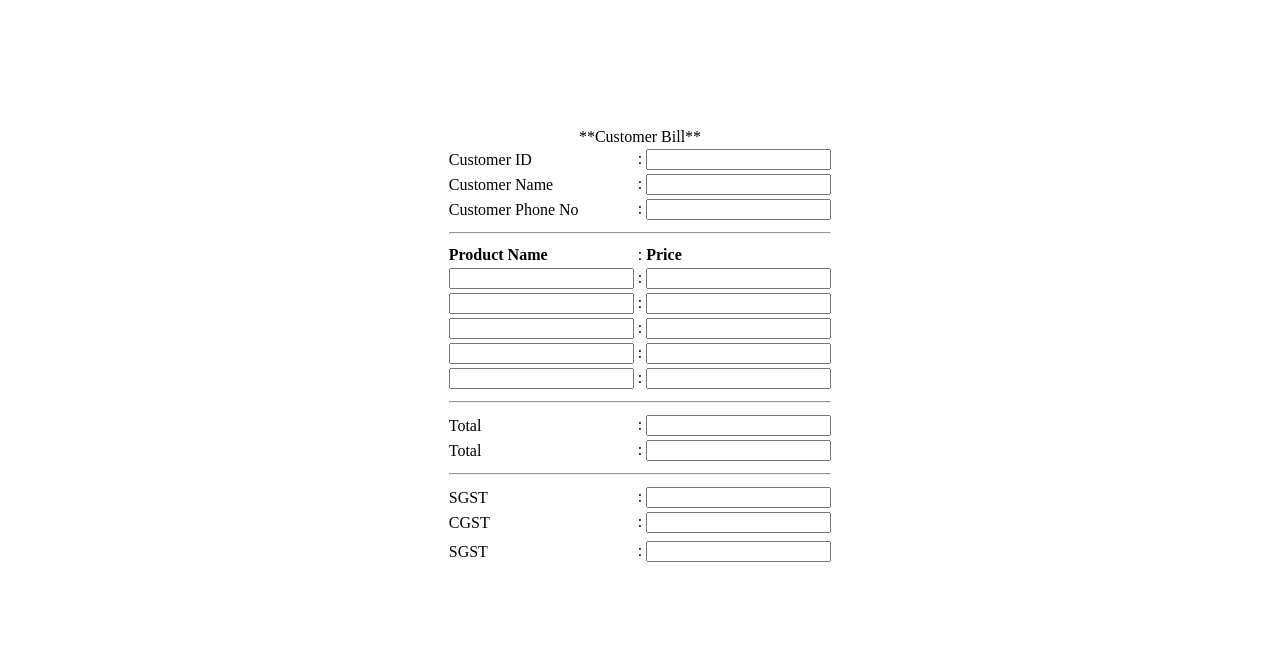
Repository: gajanansp07/Advance_Java_Practice
Page: http://localhost/JspPro/JspTest.jsp
An editor plug-in stored every save of this project. The page is shown before and after the next save, followed by the edit.
The browser window is 1280 px wide. The pictures show the whole page.
The page is served by Tomcat 9.

Above is the page before, as saved 2022-03-13 14:38:13.

After the next save:
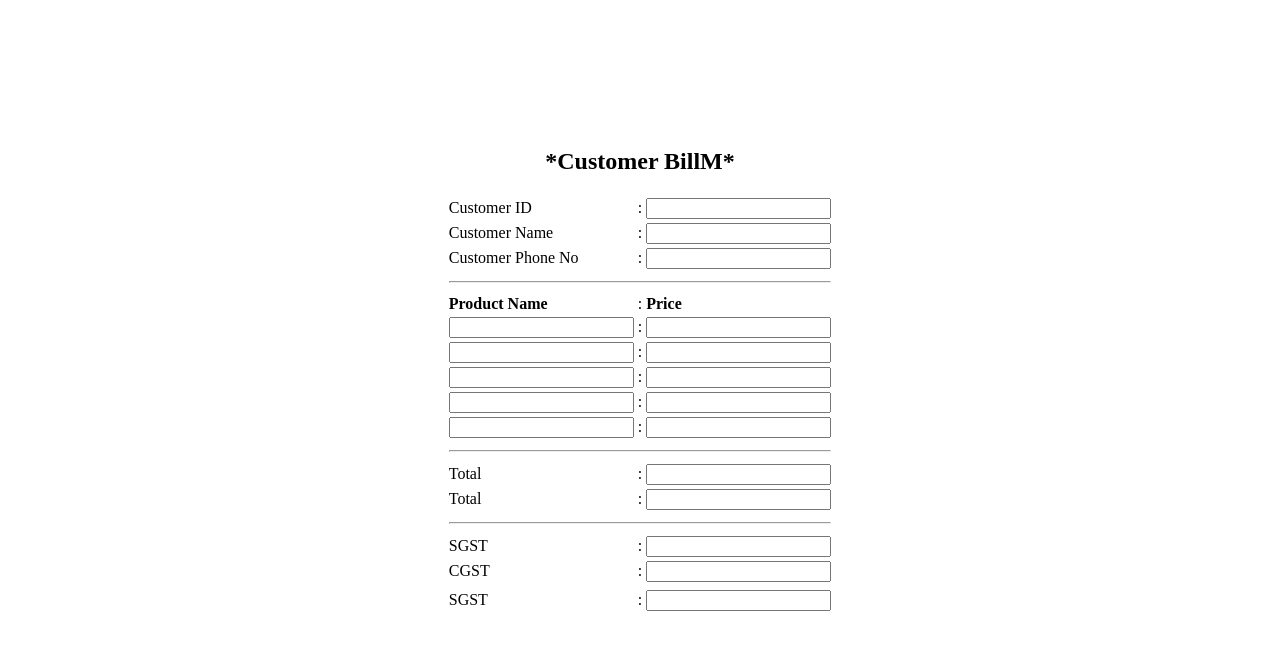
Saved 46 s later.
--- a/JspPro/src/main/webapp/JspTest.jsp
+++ b/JspPro/src/main/webapp/JspTest.jsp
@@ -22,7 +22,7 @@
 <body>
 	<form action="CustBill.jsp" method="get" >
 	<table align="center">
-	<caption>**Customer Bill**</caption>
+	<caption><h2>*Customer BillM*</h2></caption>
 	<tr><td>Customer ID</td><td> :  <input type="text" name="cname" id="cname"> </td></tr>
 	<tr><td>Customer Name</td><td> :  <input type="text" name="cname" id="cname"> </td></tr>
 	<tr><td>Customer Phone No</td><td> :  <input type="text" name="cname" id="cname"> </td></tr>
